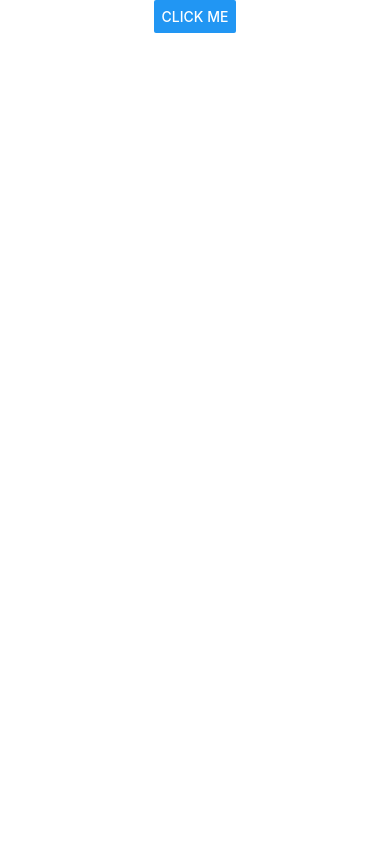
Repository: Callum-Worrall/react-native-test-app
Page: /
The author's editor kept a copy of each file at every save. The page is drawn from the files as they stood at one save, then again after the next save.
The browser window is 390 px wide. The pictures show the whole page.
The app was drawn by React Native's web renderer in a window 390 px wide. The project was rebuilt for these pictures with package versions that can differ from the ones it lists, and the page was loaded fresh each time.

Above is the page before, as saved 2022-02-17 12:54:17.

After the next save:
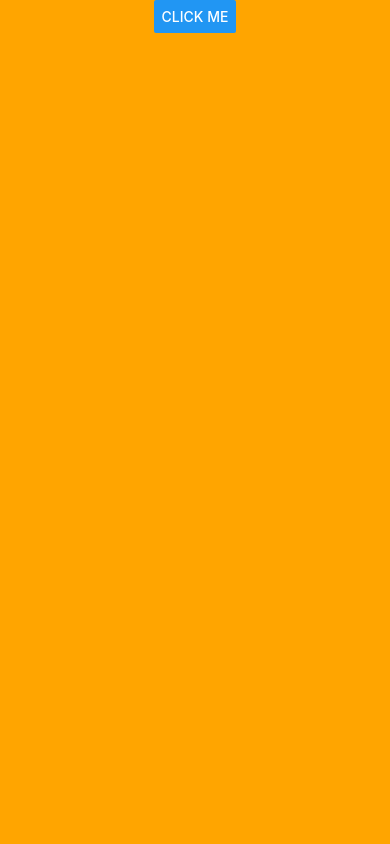
Saved 6 s later.
--- a/App.js
+++ b/App.js
@@ -11,8 +11,8 @@ export default function App() {
   // console.log(require("./assets/icon.png"));
 
   return (
-    // <SafeAreaView style={[styles.container, containerStyle]}>
-    <SafeAreaView style={styles.container}>
+    <SafeAreaView style={[styles.container, containerStyle]}>
+    {/* <SafeAreaView style={styles.container}> */}
       <Button title="Click Me" onPress={() => console.log("Clicked!")} />
       {/* <Text>Hello</Text> */}
     </SafeAreaView>
